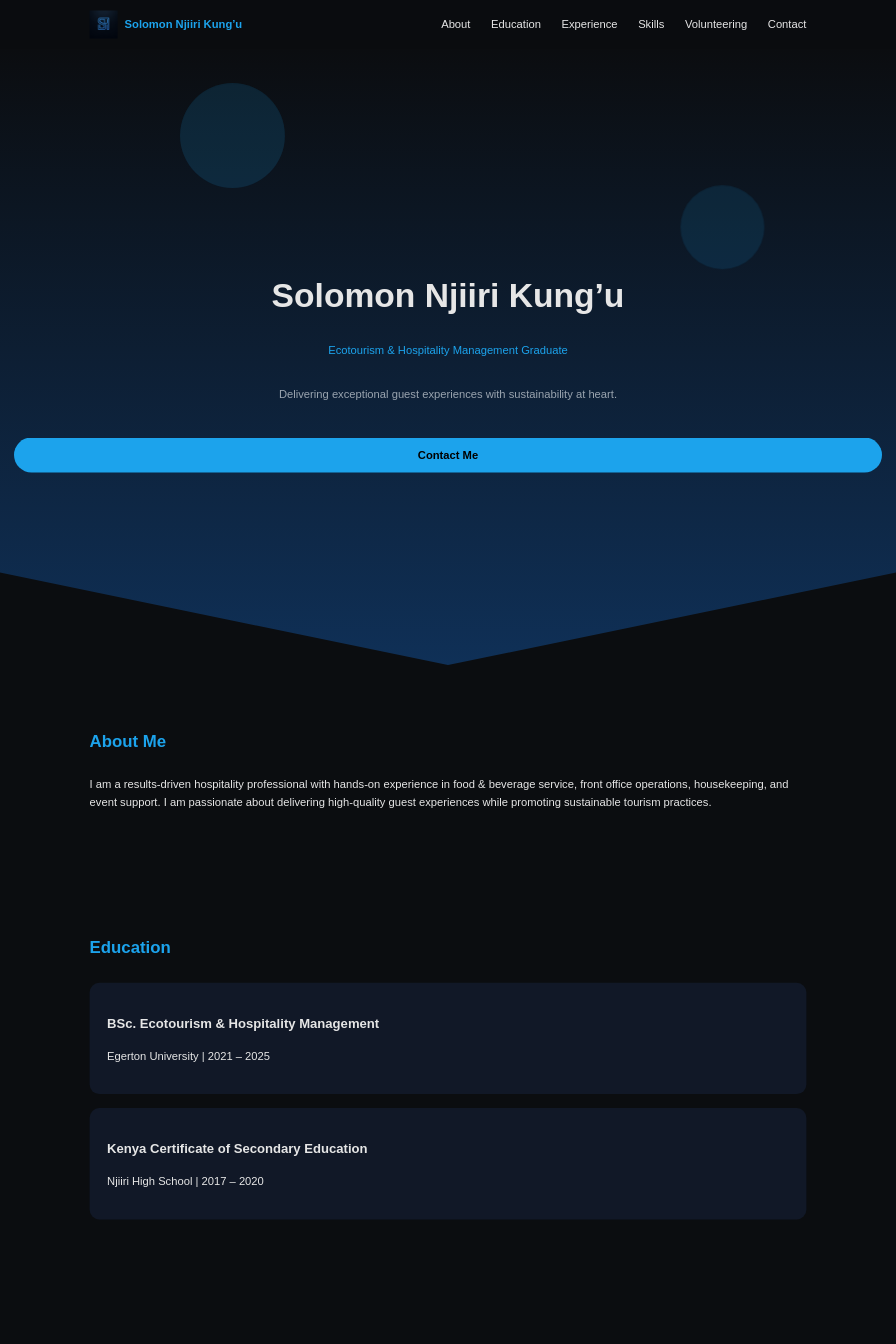
Repository: ladygit-comits/Solomon_Portfolio
Page: index.html
These files come from the project's save history. The page is drawn as it stood at one moment and after the next save; the edit follows.
The browser window is 1280 px wide. The pictures show the part of the page from y = 0 to 1920 px (the page is 4438 px tall), at 70% of full size.

Above is the page before, as saved 2025-12-31 13:48:15.

### index.html
<!DOCTYPE html>
<html lang="en">
<head>
  <meta charset="UTF-8">
  <title>Solomon Njiiri Kung’u | Hospitality Management</title>
  <link rel="icon" href="images/solomon-favicon.png" type="image/png">
  <link rel="apple-touch-icon" sizes="180x180" href="images/solomon-favicon.png">
  <link rel="stylesheet" href="style.css">
</head>
<body>
<!-- NAVBAR -->
<header class="navbar">
  <div class="logo">
    <img src="images/solomon-favicon.png" alt="Solomon Logo" class="logo-img">
    Solomon Njiiri Kung’u
  </div>
  <nav>
    <a href="#about">About</a>
    <a href="#education">Education</a>
    <a href="#experience">Experience</a>
    <a href="#skills">Skills</a>
    <a href="#volunteering">Volunteering</a>
    <a href="#contact">Contact</a>
  </nav>
</header>

  <!-- HERO -->
  <section class="hero">
    <h1>Solomon Njiiri Kung’u</h1>
    <p class="subtitle">Ecotourism & Hospitality Management Graduate</p>
    <p class="tagline">
      Delivering exceptional guest experiences with sustainability at heart.
    </p>
    <a href="#contact" class="btn">Contact Me</a>
  </section>

  <!-- ABOUT -->
  <section id="about" class="section">
    <h2>About Me</h2>
    <p>
      I am a results-driven hospitality professional with hands-on experience in
      food & beverage service, front office operations, housekeeping, and event support.
      I am passionate about delivering high-quality guest experiences while promoting
      sustainable tourism practices.
    </p>
  </section>

  <!-- EDUCATION -->
  <section id="education" class="section">
    <h2>Education</h2>
    <div class="card">
      <h3>BSc. Ecotourism & Hospitality Management</h3>
      <p>Egerton University | 2021 – 2025</p>
    </div>
    <div class="card">
      <h3>Kenya Certificate of Secondary Education</h3>
      <p>Njiiri High School | 2017 – 2020</p>
    </div>
  </section>

  <!-- EXPERIENCE -->
  <section id="experience" class="section">
    <h2>Work Experience</h2>

    <div class="card highlight">
      <h3>Waiter – Radisson Blu Hotel</h3>
      <p>August 2025</p>
      <ul>
        <li>Delivered high-quality customer service in a fast-paced luxury hotel.</li>
        <li>Supported international events hosted by the World Bank, IMF, and University of Antwerp.</li>
        <li>Provided professional service to international delegates.</li>
      </ul>
    </div>

    <div class="card">
      <h3>Waiter – Shuhan Hotel, Thika</h3>
      <p>February 2025</p>
      <ul>
        <li>Provided excellent customer service.</li>
        <li>Assisted in housekeeping and hygiene maintenance.</li>
      </ul>
    </div>

    <div class="card">
      <h3>Intern – Hotel Operations</h3>
      <p>May 2024 – August 2024</p>
      <ul>
        <li>Housekeeping & guestroom standards.</li>
        <li>Front office check-ins and reservations.</li>
        <li>Kitchen stewarding and hygiene.</li>
        <li>Food & beverage service.</li>
      </ul>
    </div>
  </section>

  <!-- SKILLS -->
 <section id="skills" class="section">
  <h2>Key Skills</h2>
  <div class="skills">
    <div class="skill">
      <span>Customer Service</span>
      <div class="skill-bar"><div class="skill-fill" style="width: 90%;"></div></div>
    </div>
    <div class="skill">
      <span>Food & Beverage Service</span>
      <div class="skill-bar"><div class="skill-fill" style="width: 85%;"></div></div>
    </div>
    <div class="skill">
      <span>Front Office Operations</span>
      <div class="skill-bar"><div class="skill-fill" style="width: 80%;"></div></div>
    </div>
    <div class="skill">
      <span>Housekeeping Standards</span>
      <div class="skill-bar"><div class="skill-fill" style="width: 85%;"></div></div>
    </div>
    <div class="skill">
      <span>Event Support</span>
      <div class="skill-bar"><div class="skill-fill" style="width: 80%;"></div></div>
    </div>
    <div class="skill">
      <span>Sustainable Tourism</span>
      <div class="skill-bar"><div class="skill-fill" style="width: 75%;"></div></div>
    </div>
  </div>
</section>


  <!-- VOLUNTEERING -->
  <section id="volunteering" class="section">
    <h2>Volunteering</h2>
    <div class="card">
      <h3>Volunteer – KSPCA (Dogtober Festival)</h3>
      <p>October 2024</p>
      <ul>
        <li>Welcomed guests and provided event guidance.</li>
        <li>Assisted with pet handling and guest engagement.</li>
      </ul>
    </div>
  </section>

  <!-- CONTACT -->
  <section class="section contact" id="contact">
    <h2>Contact</h2>
    <p>Email: <a href="mailto:kungunjiiri@gmail.com">kungunjiiri@gmail.com</a></p>
    <p>Phone: 0112619291</p>
  </section>
<script src="script.js"></script>
<button id="scrollTopBtn" title="Go to top">
  <svg xmlns="http://www.w3.org/2000/svg" viewBox="0 0 24 24" width="24" height="24" fill="none" stroke="#000" stroke-width="2" stroke-linecap="round" stroke-linejoin="round">
    <line x1="12" y1="19" x2="12" y2="5"/>
    <polyline points="5 12 12 5 19 12"/>
  </svg>
</button>


</body>
</html>

### style.css
:root {
  --black: #0B0D10;
  --dark-blue: #0F3057;
  --accent-blue: #1CA3EC;
  --text-light: #E6E6E6;
  --muted-gray: #9AA4AF;
}

body {
  margin: 0;
  font-family: "Poppins", sans-serif;
  background: var(--black);
  color: var(--text-light);
  line-height: 1.6;
}

.hero {
  min-height: 100vh;
  padding: 80px 20px;
  text-align: center;
  background: linear-gradient(180deg, #0B0D10, #0F3057);
  position: relative;
  color: var(--text-light);
  display: flex;
  flex-direction: column;
  justify-content: center;
  clip-path: polygon(0 0, 100% 0, 100% 85%, 50% 100%, 0 85%);
}


.hero h1 {
  font-size: 3rem;
  margin-bottom: 10px;
}

.subtitle {
  color: var(--accent-blue);
  font-weight: 500;
}

.tagline {
  max-width: 600px;
  margin: 20px auto;
  color: var(--muted-gray);
}

.btn {
  display: inline-block;
  margin-top: 30px;
  padding: 12px 28px;
  background: var(--accent-blue);
  color: #000;
  text-decoration: none;
  border-radius: 30px;
  font-weight: 600;
}

.section {
  padding: 70px 10%;
}

.section h2 {
  color: var(--accent-blue);
  margin-bottom: 30px;
}

.card {
  background: #111827;
  padding: 25px;
  border-radius: 14px;
  margin-bottom: 20px;
  transition: transform 0.3s ease, box-shadow 0.3s ease;
}

.card.highlight {
  border: 1px solid var(--accent-blue);
}

.skills span {
  display: inline-block;
  background: #1f2933;
  padding: 10px 16px;
  margin: 8px;
  border-radius: 20px;
  font-size: 0.9rem;
}

.contact a {
  color: var(--accent-blue);
  text-decoration: none;
}

.hero h1, .subtitle, .tagline, .btn {
  transform: translateY(20px);
  opacity: 0;
}

.btn:hover {
  box-shadow: 0 0 20px var(--accent-blue), 0 0 40px var(--accent-blue);
  transform: translateY(-3px);
}

.navbar {
  position: sticky;
  top: 0;
  display: flex;
  justify-content: space-between;
  align-items: center;
  padding: 15px 10%;
  background: rgba(11,13,16,0.95);
  z-index: 1000;
}

.navbar .logo {
  font-weight: 700;
  color: var(--accent-blue);
}

.navbar nav a {
  color: var(--text-light);
  margin-left: 25px;
  text-decoration: none;
  font-weight: 500;
  transition: color 0.3s;
}

.navbar nav a:hover {
  color: var(--accent-blue);
}
#scrollTopBtn {
  position: fixed;
  bottom: 30px;
  right: 30px;
  width: 50px;
  height: 50px;
  border: none;
  border-radius: 50%;
  background-color: var(--accent-blue);
  cursor: pointer;
  display: none;
  align-items: center;
  justify-content: center;
  z-index: 1000;
  box-shadow: 0 4px 12px rgba(28,163,236,0.4);
  transition: transform 0.3s, opacity 0.3s;
  padding: 0;
}

#scrollTopBtn svg {
  width: 24px;
  height: 24px;
  stroke: #000;
}

#scrollTopBtn:hover {
  transform: translateY(-3px);
  opacity: 0.8;
}

.typewriter {
  overflow: hidden;
  border-right: 2px solid var(--accent-blue);
  white-space: nowrap;
  margin: 0 auto;
  letter-spacing: 2px;
  animation: typing 4s steps(60, end), blink 0.7s infinite;
}

@keyframes typing {
  from { width: 0; }
  to { width: 100%; }
}

@keyframes blink {
  50% { border-color: transparent; }
}

.hero::before {
  content: '';
  position: absolute;
  width: 150px;
  height: 150px;
  background: var(--accent-blue);
  border-radius: 50%;
  top: 50px;
  left: 20%;
  opacity: 0.15;
  animation: float 6s ease-in-out infinite alternate;
}

.hero::after {
  content: '';
  position: absolute;
  width: 120px;
  height: 120px;
  background: var(--accent-blue);
  border-radius: 50%;
  top: 200px;
  right: 15%;
  opacity: 0.12;
  animation: float 8s ease-in-out infinite alternate-reverse;
}

@keyframes float {
  0% { transform: translateY(0) translateX(0); }
  50% { transform: translateY(-20px) translateX(15px); }
  100% { transform: translateY(0) translateX(0); }
}
.skills .skill {
  margin-bottom: 15px;
}

.skill-bar {
  background: #1f2933;
  border-radius: 20px;
  overflow: hidden;
  height: 12px;
  margin-top: 5px;
}

.skill-fill {
  background: var(--accent-blue);
  height: 100%;
  width: 0;
  border-radius: 20px;
  transition: width 2s ease-in-out;
}

/* shimmer CTA button */
.btn {
  position: relative;
  overflow: hidden;
}

.btn::after {
  content: '';
  position: absolute;
  top: 0;
  left: -75%;
  width: 50%;
  height: 100%;
  background: linear-gradient(120deg, rgba(255,255,255,0.2), rgba(255,255,255,0.5), rgba(255,255,255,0.2));
  transform: skewX(-25deg);
  transition: all 0.7s;
}

.btn:hover::after {
  left: 125%;
}
.navbar .logo {
  display: flex;
  align-items: center;
  font-weight: 700;
  color: var(--accent-blue);
}

.navbar .logo-img {
  width: 40px;
  height: 40px;
  margin-right: 10px;
}

### script.js
document.addEventListener('DOMContentLoaded', function() {
  const heroElements = document.querySelectorAll('.hero h1, .subtitle, .tagline, .btn');
  heroElements.forEach((el, i) => {
    el.style.opacity = 0;
    setTimeout(() => {
      el.style.transition = 'opacity 1s ease-out, transform 1s ease-out';
      el.style.opacity = 1;
      el.style.transform = 'translateY(0)';
    }, i * 300);
  });

  const cards = document.querySelectorAll('.card');
  cards.forEach(card => {
    card.addEventListener('mouseenter', () => {
      card.style.transform = 'translateY(-10px)';
      card.style.boxShadow = '0 15px 30px rgba(28,163,236,0.3)';
    });
    card.addEventListener('mouseleave', () => {
      card.style.transform = 'translateY(0)';
      card.style.boxShadow = 'none';
    });
  });

  const links = document.querySelectorAll('a[href^="#"]');
  links.forEach(link => {
    link.addEventListener('click', function(e) {
      e.preventDefault();
      document.querySelector(this.getAttribute('href')).scrollIntoView({behavior: 'smooth'});
    });
  });

  const scrollBtn = document.getElementById('scrollTopBtn');
  window.onscroll = function() {
    if (document.body.scrollTop > 300 || document.documentElement.scrollTop > 300) {
      scrollBtn.style.display = "block";
    } else {
      scrollBtn.style.display = "none";
    }
  };
  scrollBtn.addEventListener('click', function() {
    window.scrollTo({top: 0, behavior: 'smooth'});
  });

  const tagline = document.querySelector('.tagline');
  const text = tagline.textContent;
  tagline.textContent = '';
  let i = 0;
  function typeWriter() {
    if (i < text.length) {
      tagline.textContent += text.charAt(i);
      i++;
      setTimeout(typeWriter, 50);
    }
  }
  typeWriter();
});
const skillFills = document.querySelectorAll('.skill-fill');

function animateSkills() {
  const triggerBottom = window.innerHeight - 100;
  skillFills.forEach(skill => {
    const skillTop = skill.getBoundingClientRect().top;
    if(skillTop < triggerBottom) {
      skill.style.width = skill.getAttribute('style').replace('width: ', '');
    }
  });
}

window.addEventListener('scroll', animateSkills);
window.addEventListener('load', animateSkills);

After the next save:
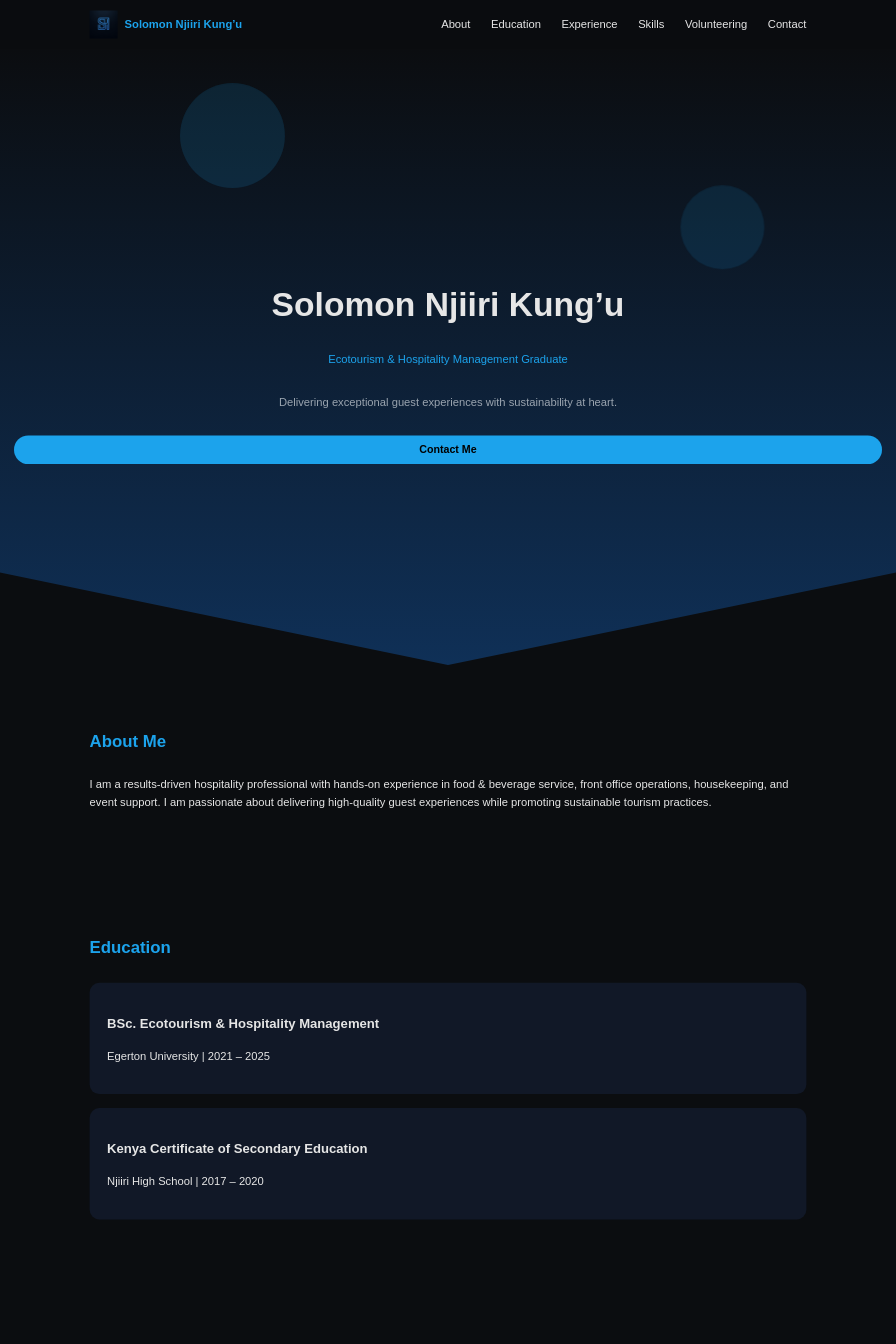
Saved 2 min 45 s later.
--- a/style.css
+++ b/style.css
@@ -46,14 +46,35 @@ body {
 
 .btn {
   display: inline-block;
-  margin-top: 30px;
-  padding: 12px 28px;
+  margin-top: 15px;
+  padding: 8px 18px;
   background: var(--accent-blue);
   color: #000;
   text-decoration: none;
-  border-radius: 30px;
+  border-radius: 22px;
   font-weight: 600;
-}
+  font-size: 0.95rem;
+  position: relative;
+  overflow: hidden;
+  transition: all 0.3s ease;
+}
+
+.btn::after {
+  content: '';
+  position: absolute;
+  top: 0;
+  left: -75%;
+  width: 50%;
+  height: 100%;
+  background: linear-gradient(120deg, rgba(255,255,255,0.2), rgba(255,255,255,0.5), rgba(255,255,255,0.2));
+  transform: skewX(-25deg);
+  transition: all 0.7s;
+}
+
+.btn:hover::after {
+  left: 125%;
+}
+
 
 .section {
   padding: 70px 10%;
@@ -90,15 +111,12 @@ body {
   text-decoration: none;
 }
 
-.hero h1, .subtitle, .tagline, .btn {
+.hero h1, .subtitle, .tagline {
   transform: translateY(20px);
   opacity: 0;
 }
 
-.btn:hover {
-  box-shadow: 0 0 20px var(--accent-blue), 0 0 40px var(--accent-blue);
-  transform: translateY(-3px);
-}
+
 
 .navbar {
   position: sticky;
